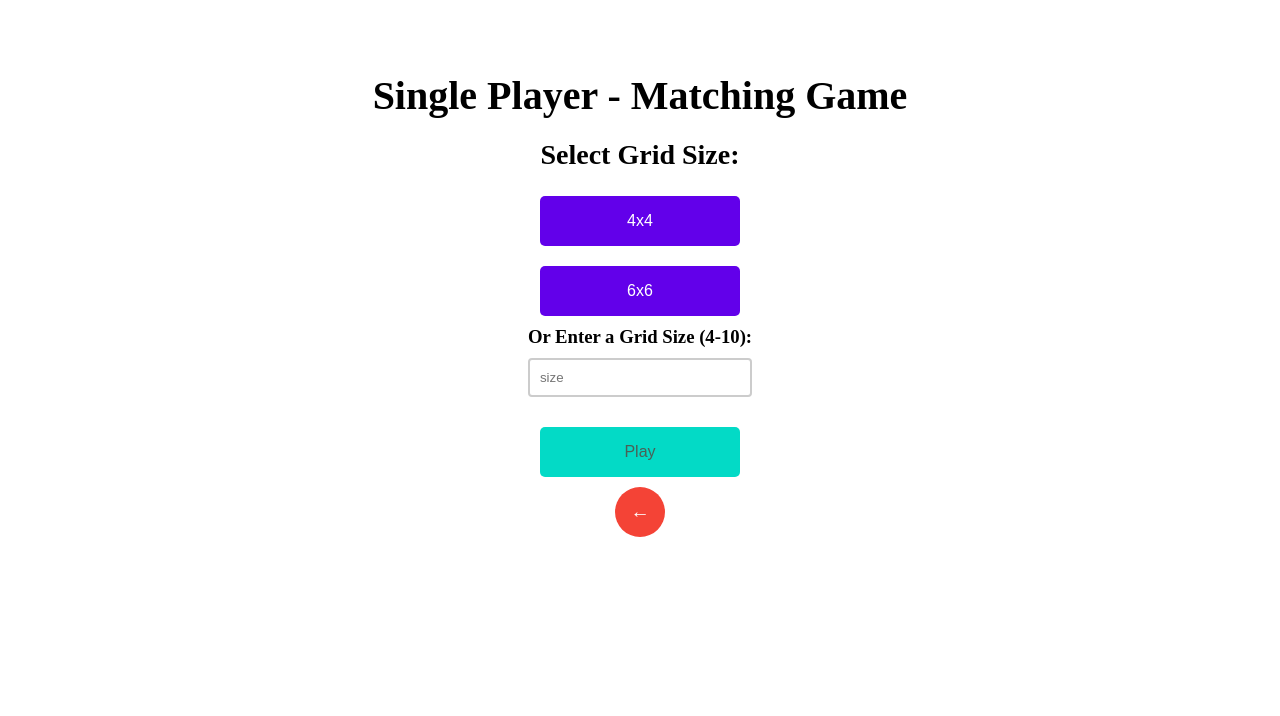
Repository: parnelltse/frontend2-courseproject
Page: /singleplayer
These files come from the project's save history. The page is drawn as it stood at one moment and after the next save; the edit follows.
The browser window is 1280 px wide. The pictures show the whole page.
The project was rebuilt for these pictures with package versions that can differ from the ones it lists, and the page was loaded fresh each time. Also part of the build but not shown: vite.config.js, src/pages/landing.jsx, src/pages/home.jsx, src/pages/gameoptions.jsx, src/pages/appsettings.jsx, src/pages/profilesettings.jsx, src/pages/gamehistory.jsx, src/pages/multiplayer.jsx and 3 more.

Above is the page before, as saved 2024-11-16 01:36:46.

After the next save:
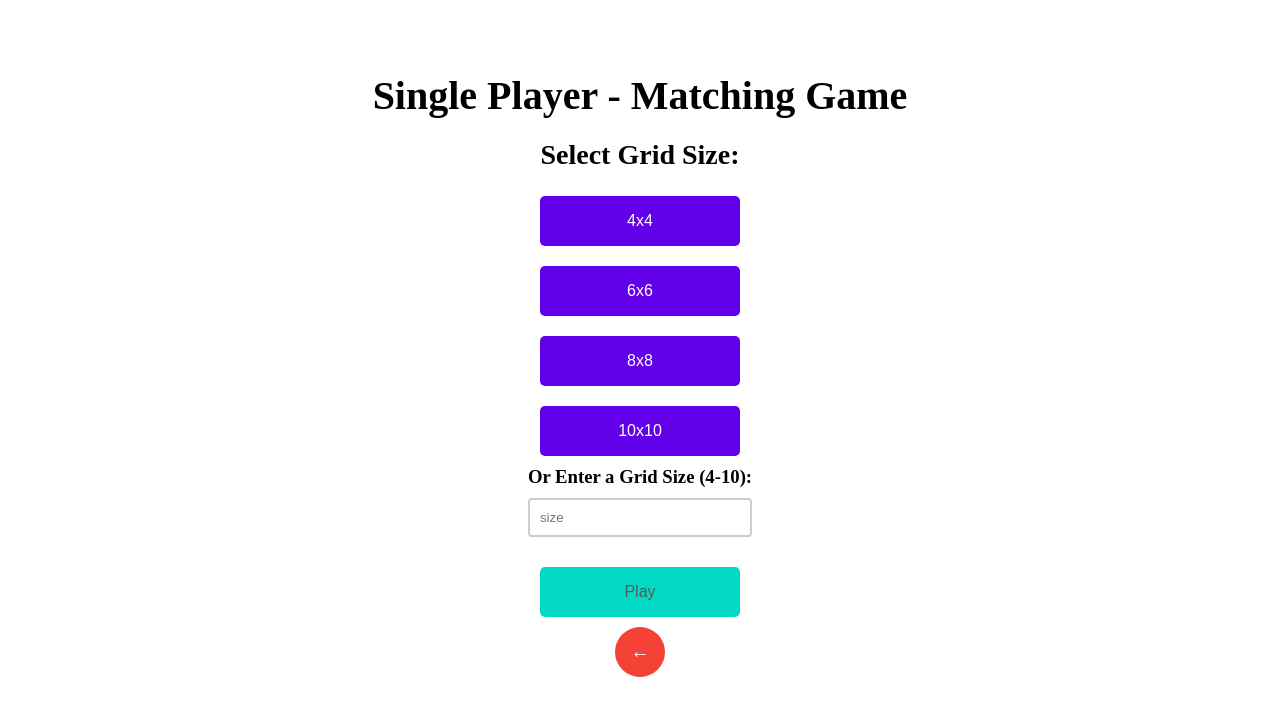
Saved 23 s later.
--- a/src/pages/singleplayer.jsx
+++ b/src/pages/singleplayer.jsx
@@ -31,6 +31,8 @@
 
 				<button onClick={() => handleButtonClick(4)}>4x4</button>
 				<button onClick={() => handleButtonClick(6)}>6x6</button>
+				<button onClick={() => handleButtonClick(8)}>8x8</button>
+				<button onClick={() => handleButtonClick(10)}>10x10</button>
 
 				<div>
 					<h3>Or Enter a Grid Size (4-10):</h3>

After the save that followed:
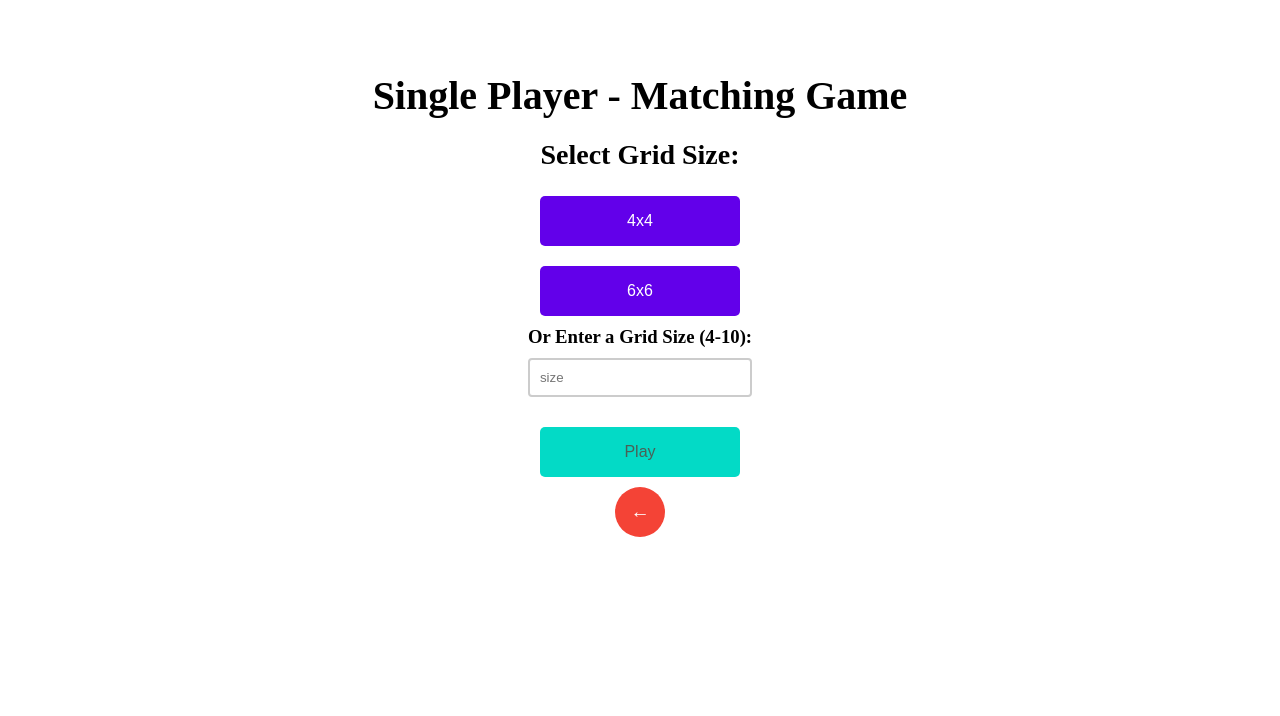
Saved 12 s later.
--- a/src/pages/singleplayer.jsx
+++ b/src/pages/singleplayer.jsx
@@ -31,8 +31,6 @@
 
 				<button onClick={() => handleButtonClick(4)}>4x4</button>
 				<button onClick={() => handleButtonClick(6)}>6x6</button>
-				<button onClick={() => handleButtonClick(8)}>8x8</button>
-				<button onClick={() => handleButtonClick(10)}>10x10</button>
 
 				<div>
 					<h3>Or Enter a Grid Size (4-10):</h3>
